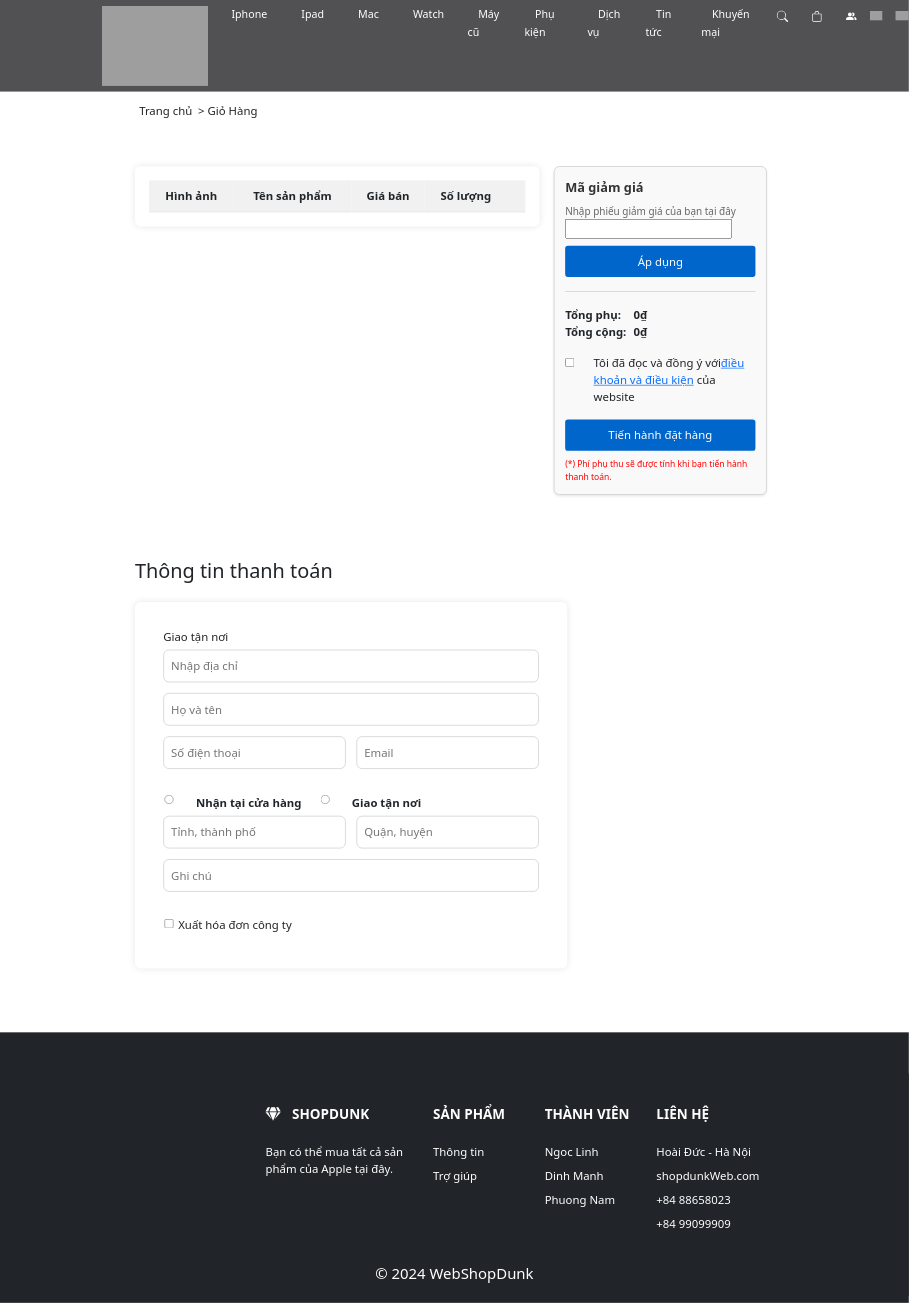
Repository: 20092004nam2k4/FE-ShopDunk
Page: /cart
An editor plug-in stored every save of this project. The page is shown before and after the next save, followed by the edit.
The browser window is 1280 px wide. The pictures show the whole page, at 71% of full size.
Pictures or frames that could not be fetched are drawn as grey boxes. The page's requests for data from a server got no answer. The project was rebuilt for these pictures with package versions that can differ from the ones it lists, and the page was loaded fresh each time. No one was signed in, and anything a server would have sent is missing. Also part of the build but not shown: src/component/common/SlideImage.css, src/component/common/SlideImage.js, src/component/product/ProductList.js, src/component/product/ProductDetail.css, src/component/product/ProductDetail.js, src/component/user/LoginUser.js, src/component/user/UserProfile.js, src/component/user/RegistrationForm.css and 2 more.

Above is the page before, as saved 2024-06-24 16:54:31.

After the next save:
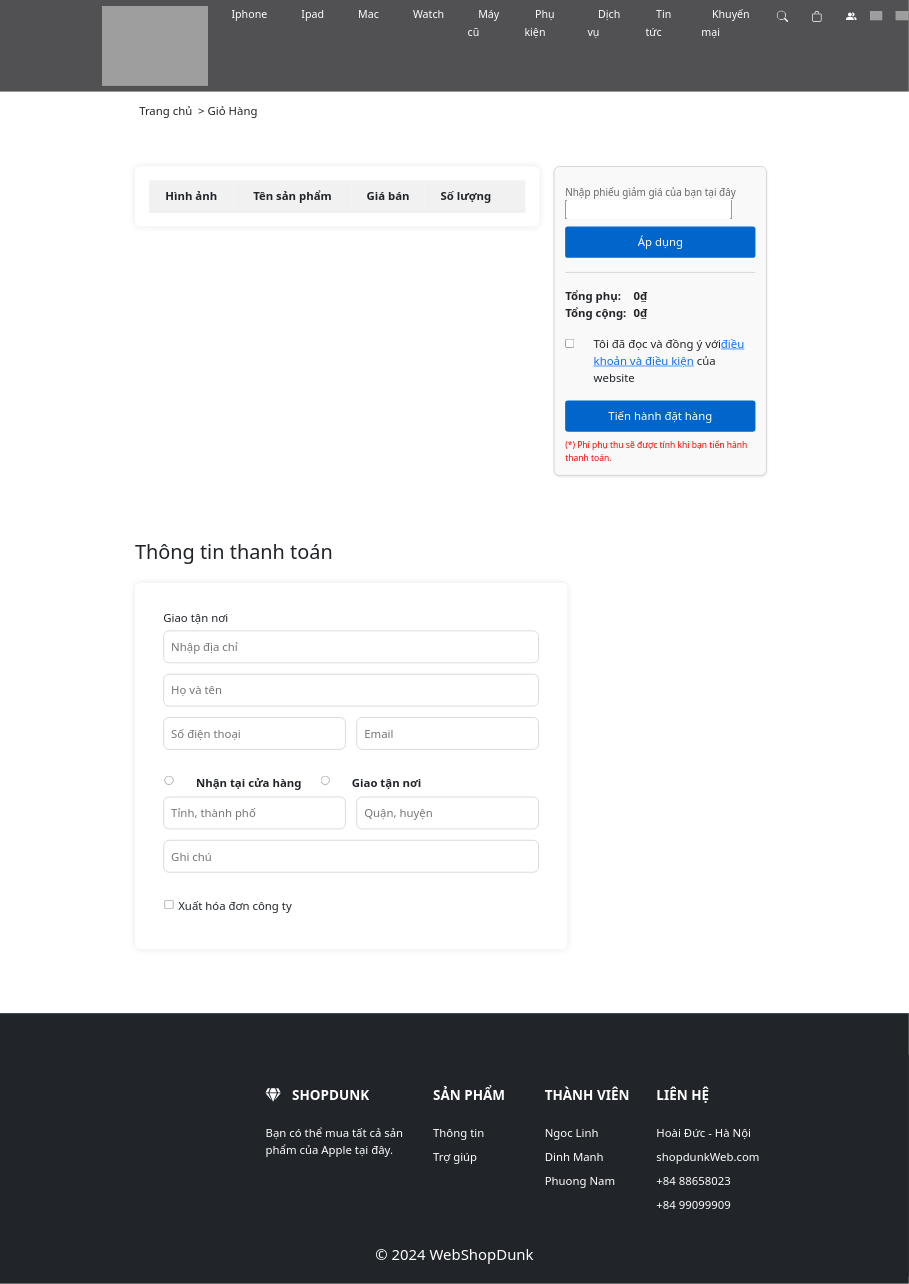
Saved 23 h 26 min later.
--- a/src/component/cart/CartPage.js
+++ b/src/component/cart/CartPage.js
@@ -147,7 +147,7 @@
           <div className="deals">
             <div className="coupon-box">
               <div className="title">
-                <strong>Mã giảm giá</strong>
+
               </div>
               <div className="hint">Nhập phiếu giảm giá của bạn tại đây</div>
               <input></input>

After the save that followed:
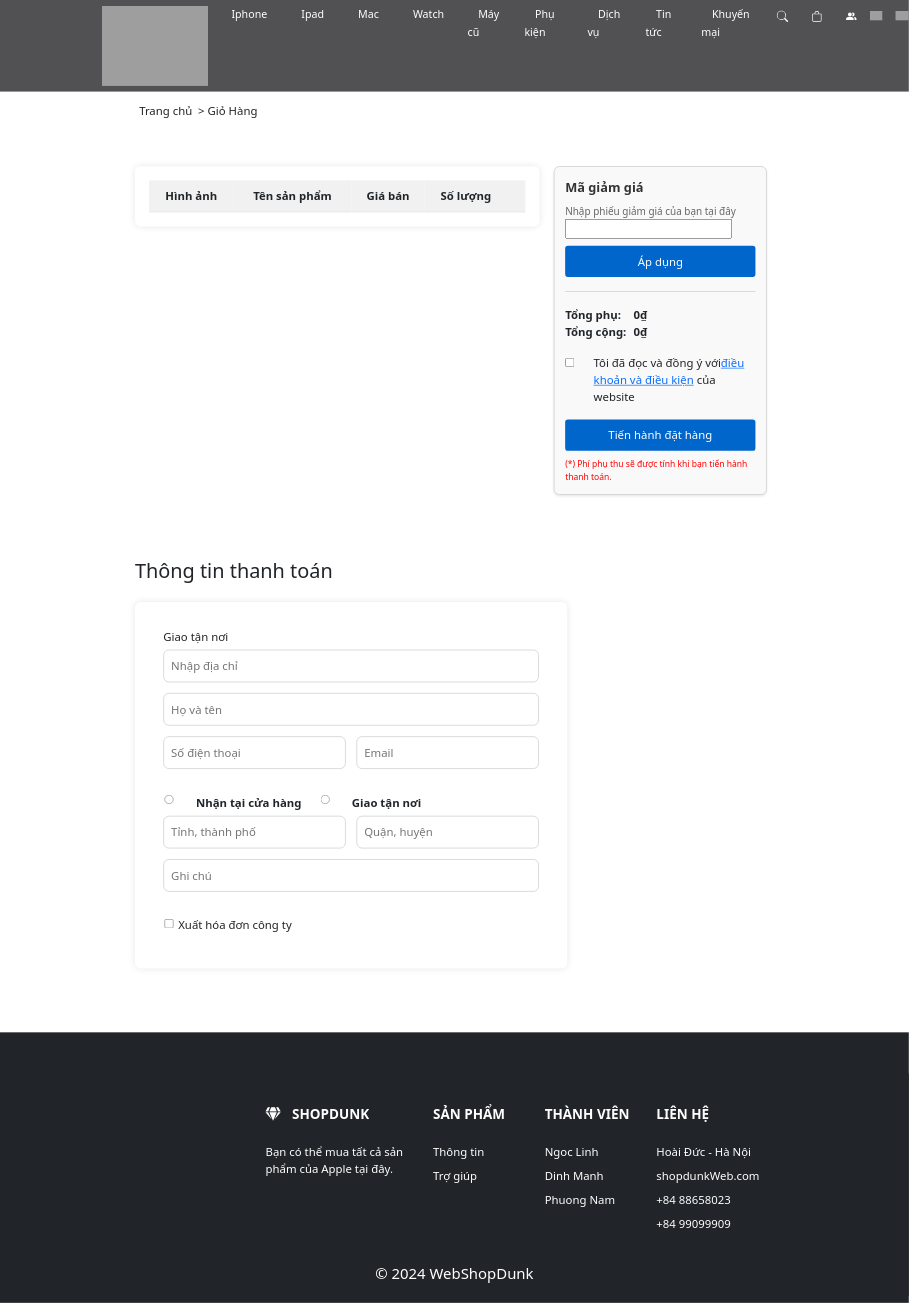
Saved 8 s later.
--- a/src/component/cart/CartPage.js
+++ b/src/component/cart/CartPage.js
@@ -147,7 +147,7 @@
           <div className="deals">
             <div className="coupon-box">
               <div className="title">
-
+                <strong>Mã giảm giá</strong>
               </div>
               <div className="hint">Nhập phiếu giảm giá của bạn tại đây</div>
               <input></input>
